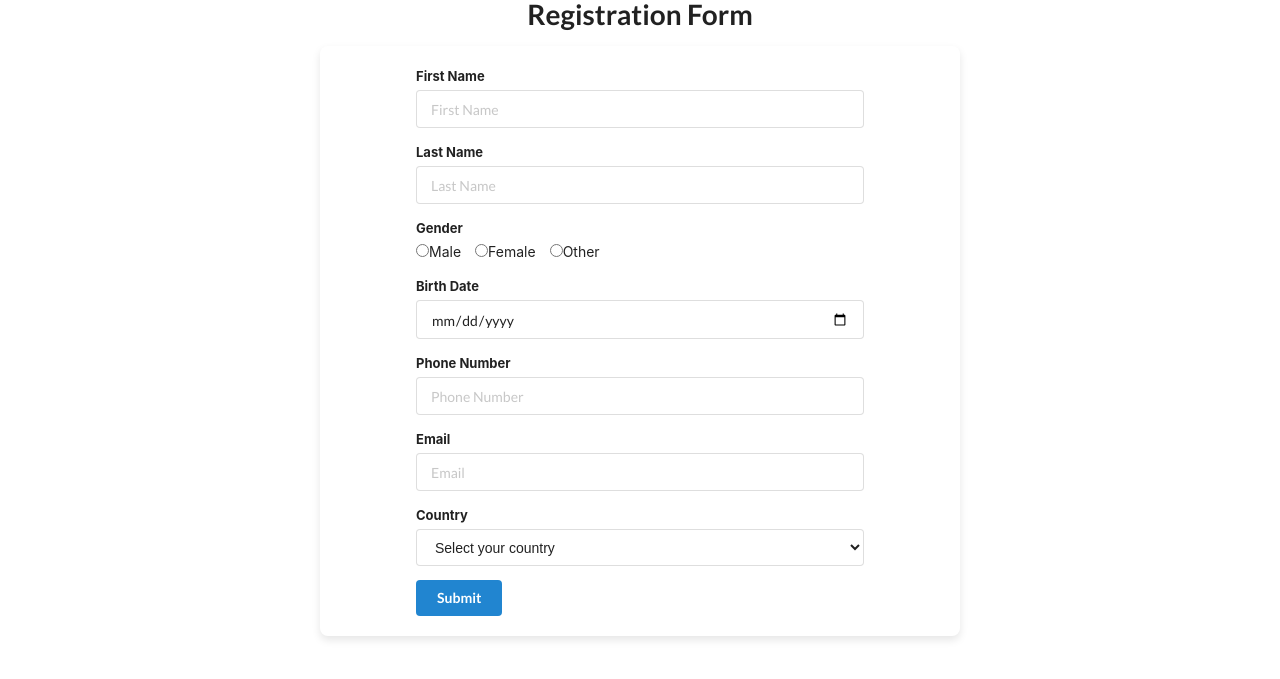
Repository: Wahid137/registration-form
Page: /
These files come from the project's save history. The page is drawn as it stood at one moment and after the next save; the edit follows.
The browser window is 1280 px wide. The pictures show the whole page.
The project was rebuilt for these pictures with package versions that can differ from the ones it lists, and the page was loaded fresh each time. Also part of the build but not shown: src/App.css.

Above is the page before, as saved 2024-05-01 14:37:07.

### src/index.js
import React from 'react';
import ReactDOM from 'react-dom/client';
import 'semantic-ui-css/semantic.min.css';
import App from './App';
import './index.css';
import reportWebVitals from './reportWebVitals';

const root = ReactDOM.createRoot(document.getElementById('root'));
root.render(
  <React.StrictMode>
    <App />
  </React.StrictMode>
);

// If you want to start measuring performance in your app, pass a function
// to log results (for example: reportWebVitals(console.log))
// or send to an analytics endpoint. Learn more: https://bit.ly/CRA-vitals
reportWebVitals();

### src/App.js
import { Header } from 'semantic-ui-react';
import './App.css';
import Register from './components/Register';

function App() {
  return (
    <div className="App">
      <Header as='h1' textAlign='center'>
        Registration Form
      </Header>
      <Register />
    </div>
  );
}

export default App;

### src/components/Register.js
import Joi from "joi";
import moment from "moment";
import React, { useState } from "react";
import { useForm } from "react-hook-form";
import { Button, Container, Form, FormField } from "semantic-ui-react";
import { countryOptions } from "../utils/country";

const Register = () => {
    const [showPassword, setShowPassword] = useState(false);
    const [showConfirmPassword, setShowConfirmPassword] = useState(false);
    const togglePasswordVisibility = () => setShowPassword(!showPassword);
    const toggleConfirmPasswordVisibility = () => setShowConfirmPassword(!showConfirmPassword);

    const { register, handleSubmit, reset, watch } = useForm();
    const password = watch("password", "");

    const [formErrors, setFormErrors] = useState({});

    const minBirthDate = moment().subtract(18, "years").format("YYYY-MM-DD");
    const nameRegex = /^[A-Za-z\s]+$/;
    const phoneRegex = /^[0-9]{10}$/;
    const passwordRegex = /^(?=.*[a-z])(?=.*[A-Z])(?=.*\d)[a-zA-Z\d]{3,30}$/;

    const schema = Joi.object({
        firstName: Joi.string().min(2).max(20).pattern(nameRegex).required().messages({
            "string.base": "First name must be a string",
            "string.empty": "Please enter your first name",
            "string.min": "First name must have at least {#limit} characters",
            "string.max": "First name cannot exceed {#limit} characters",
            "string.pattern.base": "First name must contain only alphabets and spaces",
            "any.required": "First name is required",
        }),
        lastName: Joi.string().min(2).max(20).pattern(nameRegex).required().messages({
            "string.base": "Last name must be a string",
            "string.empty": "Please enter your last name",
            "string.min": "Last name must have at least {#limit} characters",
            "string.max": "Last name cannot exceed {#limit} characters",
            "string.pattern.base": "Last name must contain only alphabets and spaces",
            "any.required": "Last name is required",
        }),
        gender: Joi.string().valid('male', 'female', 'other').required().messages({
            "any.required": "Gender is required",
            "any.only": "Please select a valid gender",
        }),
        birthDate: Joi.date()
            .max(minBirthDate)
            .required()
            .messages({
                "date.base": "Please enter a valid date",
                "date.max": "You must be at least 18 years old",
                "any.required": "Birth date is required",
            }),
        phoneNumber: Joi.string().pattern(phoneRegex).required().messages({
            "string.base": "Phone number must be a string",
            "string.empty": "Please enter your phone number",
            "string.pattern.base": "Phone number must be exactly 10 digits",
            "any.required": "Phone number is required",
        }),
        email: Joi.string().email({ tlds: { allow: false } }).required().messages({
            "string.base": "Email must be a string",
            "string.empty": "Please enter your email",
            "string.email": "Please enter a valid email address",
            "any.required": "Email is required",
        }),
        password: Joi.string().pattern(passwordRegex).required().messages({
            "string.base": "Password must be a string",
            "string.empty": "Please enter your password",
            "string.pattern.base": "Password must be 3 to 30 characters long and contain at least one lowercase letter, one uppercase letter, and one digit",
            "any.required": "Password is required",
        }),
        confirmPassword: Joi.string().valid(password).required().messages({
            "any.required": "Confirm password is required",
            "any.only": "Passwords do not match",
        }),
        country: Joi.string().required().messages({
            "any.required": "Please select a country",
        }),
    });

    const getPasswordErrorMessage = (value) => {
        if (value.length < 3 || value.length > 30) {
            return "Password must be 3 to 30 characters long";
        }
        if (!/[a-z]/.test(value)) {
            return "Password must contain at least one lowercase letter";
        }
        if (!/[A-Z]/.test(value)) {
            return "Password must contain at least one uppercase letter";
        }
        if (!/[0-9]/.test(value)) {
            return "Password must contain at least one digit";
        }
        return "";
    };

    const onSubmit = (data) => {
        const { error } = schema.validate(data, { abortEarly: false });
        if (error) {
            const errorMessage = {};
            error.details.forEach((detail) => {
                errorMessage[detail.path[0]] = detail.message;
            });
            if (data.password) {
                errorMessage.password = getPasswordErrorMessage(data.password);
            }
            setFormErrors(errorMessage);
            return;
        }
        console.log(data);
        reset();
        setFormErrors({});
    };

    return (
        <Container
            style={{
                paddingTop: "20px",
                paddingBottom: "20px",
                display: "flex",
                width: "50%",
                justifyContent: "center",
                boxShadow: "0 4px 8px rgba(0,0,0,0.1)",
                borderRadius: "8px",
            }}
        >

            <Form style={{ width: "70%" }} onSubmit={handleSubmit(onSubmit)}>
                <div style={{ marginBottom: "1rem" }}>
                    <FormField error={formErrors.firstName !== undefined}>
                        <label>First Name</label>
                        <input
                            placeholder="First Name"
                            {...register("firstName")}
                            className={formErrors.firstName ? "error" : ""}
                        />
                        {formErrors.firstName && (
                            <div className="ui pointing red basic label">
                                {formErrors.firstName}
                            </div>
                        )}
                    </FormField>
                </div>
                <div style={{ marginBottom: "1rem" }}>
                    <FormField error={formErrors.lastName !== undefined}>
                        <label>Last Name</label>
                        <input
                            placeholder="Last Name"
                            {...register("lastName")}
                            className={formErrors.lastName ? "error" : ""}
                        />
                        {formErrors.lastName && (
                            <div className="ui pointing red basic label">
                                {formErrors.lastName}
                            </div>
                        )}
                    </FormField>
                </div>
                <div style={{ marginBottom: "1rem" }}>
                    <FormField>
                        <label>Gender</label>
                        <div style={{ display: "flex", flexDirection: "row" }}>
                            <div style={{ marginRight: "1rem" }}>
                                <input type="radio" id="male" {...register("gender")} value="male" />
                                <label htmlFor="male">Male</label>
                            </div>
                            <div style={{ marginRight: "1rem" }}>
                                <input type="radio" id="female" {...register("gender")} value="female" />
                                <label htmlFor="female">Female</label>
                            </div>
                            <div>
                                <input type="radio" id="other" {...register("gender")} value="other" />
                                <label htmlFor="other">Other</label>
                            </div>
                        </div>
                        {formErrors.gender && (
                            <div className="ui pointing red basic label">
                                {formErrors.gender}
                            </div>
                        )}
                    </FormField>
                </div>
                <div style={{ marginBottom: "1rem" }}>
                    <FormField error={formErrors.birthDate !== undefined}>
                        <label>Birth Date</label>
                        <input
                            type="date"
                            name="birthDate"
                            {...register("birthDate")}
                            className={formErrors.birthDate ? "error" : ""}
                        />
                        {formErrors.birthDate && (
                            <div className="ui pointing red basic label">
                                {formErrors.birthDate}
                            </div>
                        )}
                    </FormField>
                </div>
                <div style={{ marginBottom: "1rem" }}>
                    <FormField error={formErrors.phoneNumber !== undefined}>
                        <label>Phone Number</label>
                        <input
                            placeholder="Phone Number"
                            {...register("phoneNumber")}
                            className={formErrors.phoneNumber ? "error" : ""}
                        />
                        {formErrors.phoneNumber && (
                            <div className="ui pointing red basic label">
                                {formErrors.phoneNumber}
                            </div>
                        )}
                    </FormField>
                </div>
                <div style={{ marginBottom: "1rem" }}>
                    <FormField error={formErrors.email !== undefined}>
                        <label>Email</label>
                        <input
                            placeholder="Email"
                            {...register("email")}
                            className={formErrors.email ? "error" : ""}
                        />
                        {formErrors.email && (
                            <div className="ui pointing red basic label">
                                {formErrors.email}
                            </div>
                        )}
                    </FormField>
                </div>
                <div style={{ marginBottom: "1rem" }}>
                    <FormField error={formErrors.country !== undefined}>
                        <label>Country</label>
                        <select {...register("country")} className={formErrors.country ? "error" : ""}>
                            <option value="">Select your country</option>
                            {
                                countryOptions?.map((country) => <option key={country?.key} value={country?.value}>{country?.text}</option>)
                            }
                        </select>
                        {formErrors.country && (
                            <div className="ui pointing red basic label">
                                {formErrors.country}
                            </div>
                        )}
                    </FormField>
                </div>
                {/*     <div style={{ marginBottom: "1rem" }}>
                    <FormField error={formErrors.password !== undefined}>
                        <label>Password</label>
                        <div className="ui input">
                            <input
                                type={showPassword ? "text" : "password"}
                                placeholder="Password"
                                {...register("password")}
                                className={formErrors.password ? "error" : ""}
                            />
                            <Icon
                                name={showPassword ? "eye slash" : "eye"}
                                link
                                onClick={togglePasswordVisibility}
                                style={{ cursor: "pointer", position: "absolute", right: "10px", top: "50%", transform: "translateY(-50%)" }}
                            />
                        </div>
                        {formErrors.password && (
                            <div className="ui pointing red basic label">
                                {formErrors.password}
                            </div>
                        )}
                    </FormField>
                </div>
                <div style={{ marginBottom: "1rem" }}>
                    <FormField error={formErrors.confirmPassword !== undefined}>
                        <label>Confirm Password</label>
                        <div className="ui input">
                            <input
                                type={showConfirmPassword ? "text" : "password"}
                                placeholder="Confirm Password"
                                {...register("confirmPassword")}
                                className={formErrors.confirmPassword ? "error" : ""}
                            />
                            <Icon
                                name={showConfirmPassword ? "eye slash" : "eye"}
                                link
                                onClick={toggleConfirmPasswordVisibility}
                                style={{ cursor: "pointer", position: "absolute", right: "10px", top: "50%", transform: "translateY(-50%)" }}
                            />
                        </div>
                        {formErrors.confirmPassword && (
                            <div className="ui pointing red basic label">
                                {formErrors.confirmPassword}
                            </div>
                        )}
                    </FormField>
                </div> */}
                <Button type="submit" color="blue">
                    Submit
                </Button>
            </Form>
        </Container>
    );
};

export default Register;

### src/utils/country.js
export const countryOptions = [
    { key: 'af', value: 'af', text: 'Afghanistan' },
    { key: 'ax', value: 'ax', text: 'Aland Islands' },
    { key: 'al', value: 'al', text: 'Albania' },
    { key: 'dz', value: 'dz', text: 'Algeria' },
    { key: 'as', value: 'as', text: 'American Samoa' },
    { key: 'ad', value: 'ad', text: 'Andorra' },
    { key: 'ao', value: 'ao', text: 'Angola' },
    { key: 'ai', value: 'ai', text: 'Anguilla' },
    { key: 'ag', value: 'ag', text: 'Antigua' },
    { key: 'ar', value: 'ar', text: 'Argentina' },
    { key: 'am', value: 'am', text: 'Armenia' },
    { key: 'aw', value: 'aw', text: 'Aruba' },
    { key: 'au', value: 'au', text: 'Australia' },
    { key: 'at', value: 'at', text: 'Austria' },
    { key: 'az', value: 'az', text: 'Azerbaijan' },
    { key: 'bs', value: 'bs', text: 'Bahamas' },
    { key: 'bh', value: 'bh', text: 'Bahrain' },
    { key: 'bd', value: 'bd', text: 'Bangladesh' },
    { key: 'bb', value: 'bb', text: 'Barbados' },
    { key: 'by', value: 'by', text: 'Belarus' },
    { key: 'be', value: 'be', text: 'Belgium' },
    { key: 'bz', value: 'bz', text: 'Belize' },
    { key: 'bj', value: 'bj', text: 'Benin' },
]

Loaded but not shown: public/index.html (common file); src/index.css (common file); src/reportWebVitals.js (common file)

After the next save:
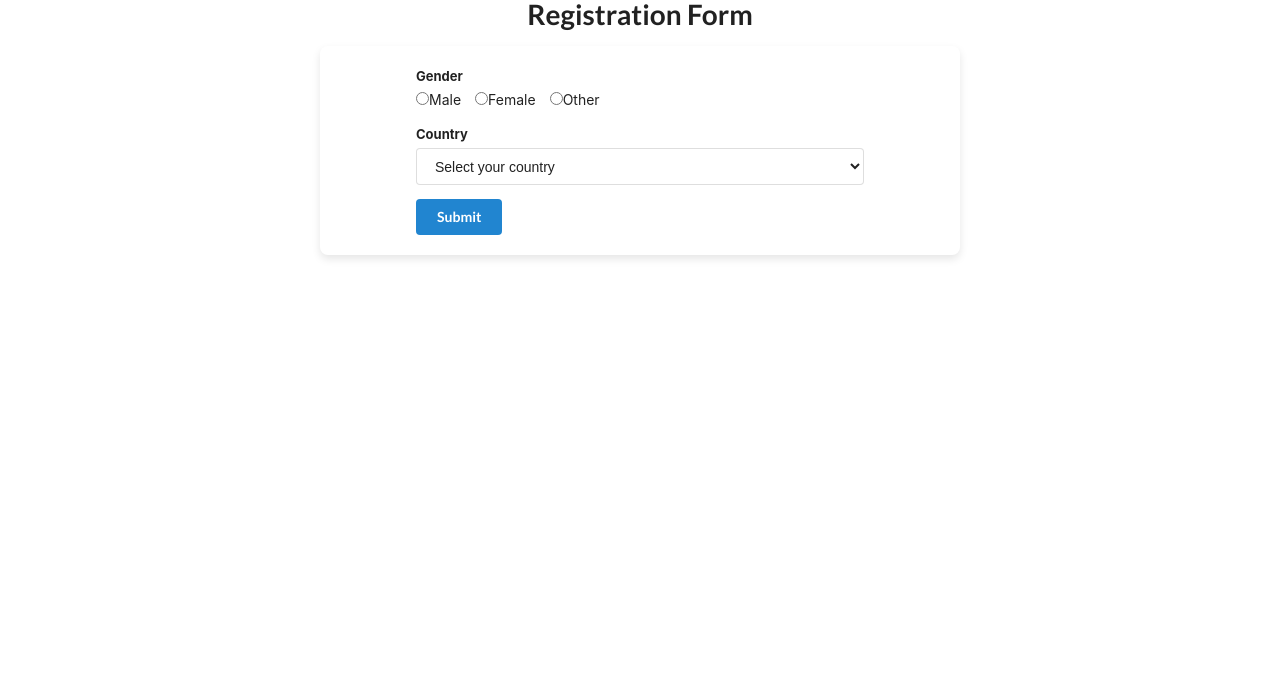
Saved 50 s later.
--- a/src/components/Register.js
+++ b/src/components/Register.js
@@ -125,7 +125,7 @@ const Register = () => {
         >
 
             <Form style={{ width: "70%" }} onSubmit={handleSubmit(onSubmit)}>
-                <div style={{ marginBottom: "1rem" }}>
+                {/*   <div style={{ marginBottom: "1rem" }}>
                     <FormField error={formErrors.firstName !== undefined}>
                         <label>First Name</label>
                         <input
@@ -154,7 +154,7 @@ const Register = () => {
                             </div>
                         )}
                     </FormField>
-                </div>
+                </div> */}
                 <div style={{ marginBottom: "1rem" }}>
                     <FormField>
                         <label>Gender</label>
@@ -179,7 +179,7 @@ const Register = () => {
                         )}
                     </FormField>
                 </div>
-                <div style={{ marginBottom: "1rem" }}>
+                {/*   <div style={{ marginBottom: "1rem" }}>
                     <FormField error={formErrors.birthDate !== undefined}>
                         <label>Birth Date</label>
                         <input
@@ -194,8 +194,8 @@ const Register = () => {
                             </div>
                         )}
                     </FormField>
-                </div>
-                <div style={{ marginBottom: "1rem" }}>
+                </div> */}
+                {/*     <div style={{ marginBottom: "1rem" }}>
                     <FormField error={formErrors.phoneNumber !== undefined}>
                         <label>Phone Number</label>
                         <input
@@ -209,8 +209,8 @@ const Register = () => {
                             </div>
                         )}
                     </FormField>
-                </div>
-                <div style={{ marginBottom: "1rem" }}>
+                </div> */}
+                {/*    <div style={{ marginBottom: "1rem" }}>
                     <FormField error={formErrors.email !== undefined}>
                         <label>Email</label>
                         <input
@@ -224,7 +224,7 @@ const Register = () => {
                             </div>
                         )}
                     </FormField>
-                </div>
+                </div> */}
                 <div style={{ marginBottom: "1rem" }}>
                     <FormField error={formErrors.country !== undefined}>
                         <label>Country</label>
